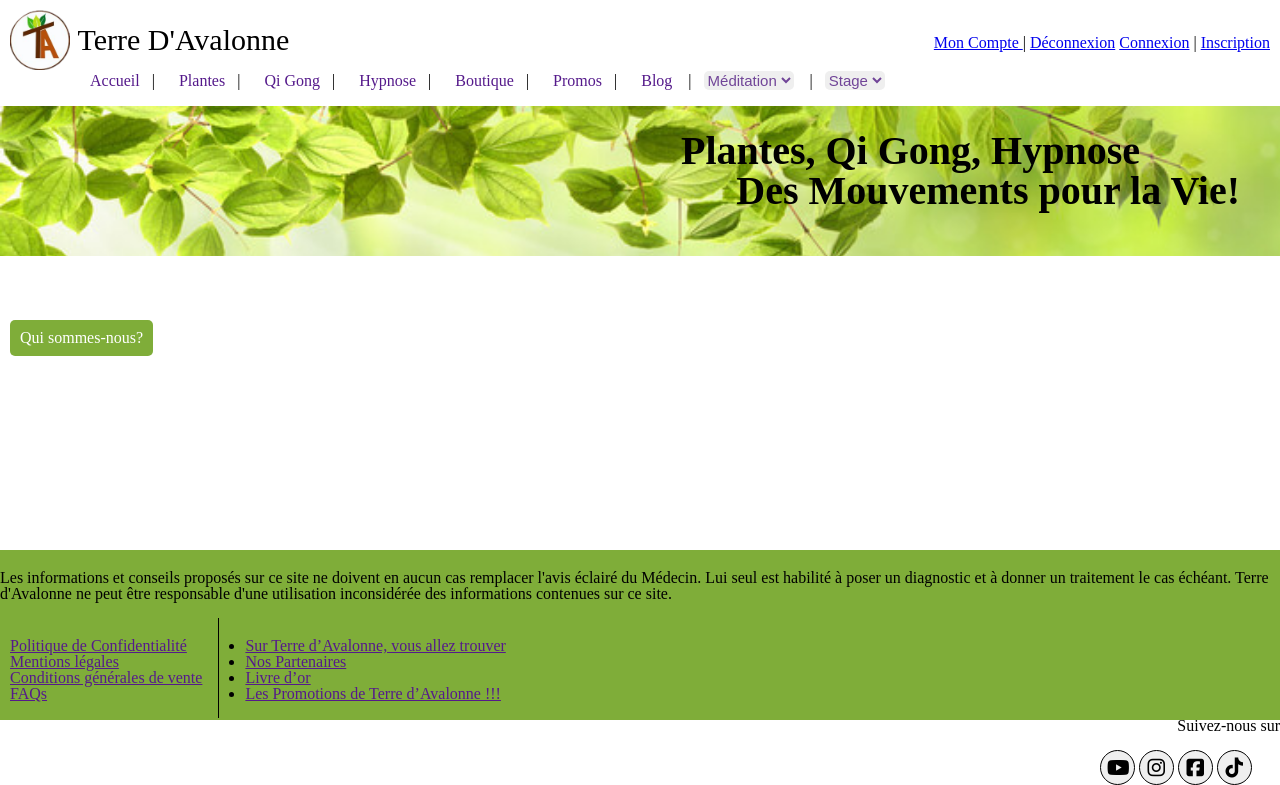
Repository: Michelhof1978/TerreDavalonne
Page: templates/base.html
An editor plug-in stored every save of this project. The page is shown before and after a run of saves, followed by the edit.
The browser window is 1280 px wide. The pictures show the whole page.
Some web fonts or font styles are not loaded; a fallback is used. Some web libraries are served in a nearby version.

Above is the page before, as saved 2022-05-04 16:05:02.

### templates/base.html
<!DOCTYPE html>
<html lang="fr">

<head>
  <meta charset="UTF-8">
  <meta http-equiv="X-UA-Compatible" content="IE=edge">
  <meta name="viewport" content="width=device-width, initial-scale=1.0">
  <title>Newsletter</title>
  <link rel="stylesheet" href="/assets/reset.css" type="text/css">
  <script src="https://kit.fontawesome.com/a9becd4f18.js" crossorigin="anonymous"></script>
  <link rel="preconnect" href="https://fonts.googleapis.com">
  <link rel="preconnect" href="https://fonts.gstatic.com" crossorigin>
  <link
    href="https://fonts.googleapis.com/css2?family=Cairo:wght@500&family=Dancing+Script:wght@600;700&family=Ms+Madi&family=Updock&display=swap"
    rel="stylesheet">
</head>

<body>
  <header>
    <div style="float: left; padding:auto">
      <img class="logoTerreDavalonne" src="/assets/img/logoTerreDavalonne.png" alt="logo terre d'avalonne">
    </div>
    <div style="padding:10px">
      <h1 style="margin-top:15px">&nbspTerre D'Avalonne</h1>
    </div>

    <div class="login">

      <a href="{{path('account')}}">Mon Compte <small> </small></a> | <a href="{{path('app_logout')}}">Déconnexion</a>

      <a href="{{path('app_login')}}">Connexion</a> | <a href="{{path('registrer')}}">Inscription</a>

    </div>
    </div>


    <nav>
      <ul class="nav">
        <li class="nav-item">
          <a class="nav-link" href="">Accueil</a>&nbsp&nbsp&nbsp|
        </li>

        <li class="nav-item">
          <a class="nav-link" href="">Plantes</a>&nbsp&nbsp&nbsp|
        </li>

        <li class="nav-item">
          <a class="nav-link" href="">Qi Gong</a>&nbsp&nbsp&nbsp|
        </li>

        <li class="nav-item">
          <a href="">Hypnose</a>&nbsp&nbsp&nbsp|
        </li>

        <li class="nav-item">
          <a class="nav-link" href="">Boutique</a>&nbsp&nbsp&nbsp|
        </li>

        <li class="nav-item">
          <a class="nav-link" href="">Promos</a>&nbsp&nbsp&nbsp|
        </li>

        <li class="nav-item">
          <a class="nav-link" href="">Blog </a>&nbsp&nbsp&nbsp|&nbsp&nbsp
        </li>

        <select class=form-control>
          <option value=un>Méditation</option>
          <option value=deux>Deux</option>
          <option value=trois>Trois</option>
        </select>
        &nbsp&nbsp&nbsp|&nbsp&nbsp
        <select class=form-control>
          <option value=un>Stage</option>
          <option value=deux>Deux</option>
          <option value=trois>Trois</option>
        </select>
      </ul>

    </nav>




  </header>

  <div class="banniere">
    <div class="btn-banniere">
      <a class="link-banniere" href="">Qui sommes-nous?</a>
    </div>

    <div class="textBaniere ">Plantes, Qi Gong, Hypnose &nbsp&nbsp&nbsp&nbsp&nbsp&nbsp&nbsp&nbsp&nbsp<br>
      Des Mouvements pour la Vie!
    </div>
  </div>


















  <footer>
    <p class="warning"> Les informations et conseils proposés sur ce site ne doivent en aucun cas remplacer l'avis éclairé du Médecin.
      Lui seul est habilité à poser un diagnostic et à donner un traitement le cas échéant. Terre d'Avalonne ne peut être responsable d'une utilisation inconsidérée des informations contenues sur ce site.
    </p>
    <div style="display: flex;">
      <ul class="ulFooter">
        <li>
          <a href="">Politique de Confidentialité</a>
        </li>
        <li>
          <a href="">Mentions légales</a>
        </li>
        <li class>
          <a href="">Conditions générales de vente</a>
        </li>
        <li class>
          <a href="">FAQs</a>
        </li>
      </ul>
      <div class="footer-separator"></div>
      <ul class="ulFooter">
        <li>
          <a href="">Sur Terre d’Avalonne, vous allez trouver</a>
        </li>
        <li>
          <a href="">Nos Partenaires</a>
        </li>
        <li class>
          <a href="">Livre d’or</a>
        </li>
        <li class>
          <a href="">Les Promotions de Terre d’Avalonne !!!</a>
        </li>
      </ul>
    </div>

    <div class="reseaux">
      <p class="suivez-nous">Suivez-nous sur</p>
      <div class="reseauButton">
        <button class="reseaux1"><a href="https://www.youtube.com/results?search_query=terre+d%27avalonne" <i
            class="fa-brands fa-youtube" style="font-size:20px;text-decoration:none;color:black;"></i></a></button>
        <button class="reseaux2"><a href="https://www.instagram.com/terredavalonne/" <i class="fa fa-instagram"
            style="font-size:20px;text-decoration:none;color:black;"></i></a></button>
        <button class="reseaux3"><a href="https://www.facebook.com/Avalonne.naturopathe.lyon/" <i
            class="fa-brands fa-facebook-square"
            style="font-size:20px;text-decoration:none;color:black;"></i></a></button>
        <button class="reseaux4"><a href="https://www.tiktok.com/@terre_d_avalonne" <i class="fa-brands fa-tiktok"
            style="font-size:20px;text-decoration:none;color:black;"></i></a></button>

      </div>

  </footer>



</body>

<style>
  .logoTerreDavalonne {
    width: 60px;
    height: 60px;
    margin-left: 10px;
    margin-top: 10px;
  }

  h1 {
    font-size: 30px;
    margin: auto;
  }

  .login {
    text-align: end;
    color: black;
    text-decoration: none;
    margin-right: 10px;
    margin-top: -30px;
  }

  ul {
    padding-top: 20px;
    font-size: 1rem;

  }

  .nav-item {
    display: inline;
    padding-left: 20px;

  }

  nav a {
    text-decoration: none;
  }


  nav a:hover {
    color: #0d3d9e;
  }

  .form-control {
    border-radius: 5px;
    border: 0px solid;
    font-size: 15px;
    color: rgba(89, 37, 135, 0.845);
  }

  .banniere {
    background-image: url("/assets/img/BanniereProvisoir.jpg");
    background-size: 100%;
    height: 150px;

  }



  .textBaniere {

    padding-right: 40px;
    font-size: 40px;
    text-align: right;
    padding-top: 25px;
    font-weight: 600;
    font-family: 'Cairo', sans-serif;
    font-family: 'Dancing Script', cursive;
    font-family: 'Ms Madi', cursive;
    font-family: 'Updock', cursive;

  }

  .link-banniere{
    text-decoration: none;
    color: white;
  }

  .btn-banniere {

    background-color: #7FAD39;
    padding: 10px;
    border-radius: 5px;
    cursor: pointer;
    position: absolute;
    top: 43%;
    margin: 10px;
    text-decoration: none;
    color: white;

  }

  .btn-banniere:hover {
    background-color: #99f80a;
  }


  .reseauButton {
    padding-right: 28px;
  }

  footer {
    position: absolute;
    bottom: 0;
    width: 100%;
    height: 150px;
    background-color: #7FAD39;
    padding-top: 20px;
  }

  .warning{
    background-color: ;
  }

  .ulFooter {
    text-align: left;
    padding-left: 10px;

  }



  .footer-separator {
    width: 1px;
    margin-left: 16px;
    margin-right: 16px;
    background-color: #000;
  }

  .reseaux {
    text-align: end;
  }

  .reseaux1,
  .reseaux2,
  .reseaux3,
  .reseaux4 {
    height: 35px;
    width: 35px;
    border-radius: 50%;
    border: 1px solid #000;
    text-align: end;
    padding-right: 8px;
  }

  .reseaux1:hover {

    background-color: rgba(224, 107, 107, 0.919);
  }

  .reseaux2:hover {
    background-color: rgba(168, 73, 168, 0.848);
  }

  .reseaux3:hover {
    background-color: rgba(63, 162, 189, 0.554);
  }

  .reseaux4:hover {
    background-color: rgb(230, 157, 12);
  }
</style>

</html>

### assets/reset.css

  html,
  body,
  div,
  span,
  applet,
  object,
  iframe,
  h1,
  h2,
  h3,
  h4,
  h5,
  h6,
  p,
  blockquote,
  pre,
  a,
  abbr,
  acronym,
  address,
  big,
  cite,
  code,
  del,
  dfn,
  em,
  img,
  ins,
  kbd,
  q,
  s,
  samp,
  small,
  strike,
  strong,
  sub,
  sup,
  tt,
  var,
  b,
  u,
  i,
  center,
  dl,
  dt,
  dd,
  ol,
  ul,
  li,
  fieldset,
  form,
  label,
  legend,
  table,
  caption,
  tbody,
  tfoot,
  thead,
  tr,
  th,
  td,
  article,
  aside,
  canvas,
  details,
  embed,
  figure,
  figcaption,
  footer,
  header,
  hgroup,
  menu,
  nav,
  output,
  ruby,
  section,
  summary,
  time,
  mark,
  audio,
  video {
    margin-left: 0;
    margin-right: 0;
    margin-top: 0;
    padding: 0;
    border: 0;
    font-size: 100%;
    font: inherit;
    vertical-align: baseline;
  }

  /* HTML5 display-role reset for older browsers */
  article,
  aside,
  details,
  figcaption,
  figure,
  footer,
  header,
  hgroup,
  menu,
  nav,
  section {
    display: block;
  }

  body {
    line-height: 1;
  }

After the next 3 saves:
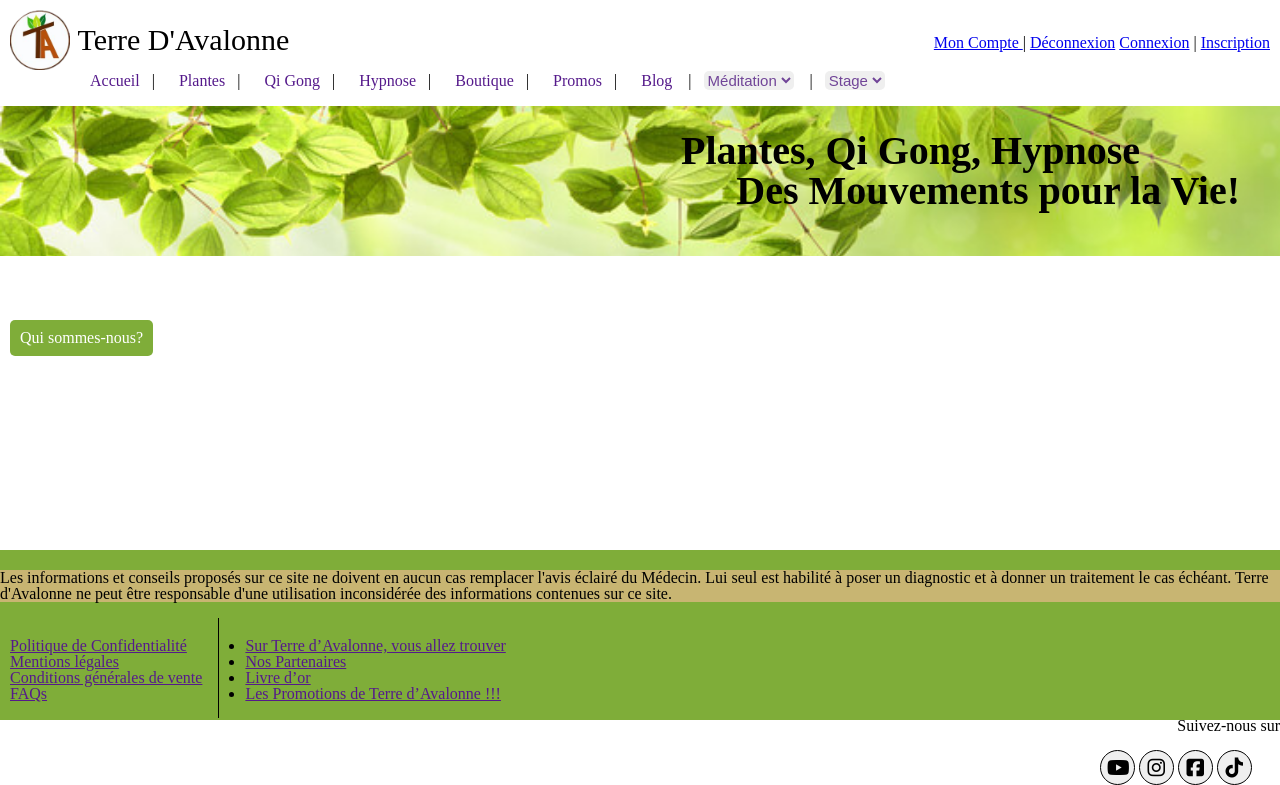
The 3 saves are shown as one change because they came seconds apart.
The last was saved 28 s later.
--- a/templates/base.html
+++ b/templates/base.html
@@ -278,7 +278,7 @@
   }
 
   .warning{
-    background-color: ;
+    background-color: #C8B572 ;
   }
 
   .ulFooter {
